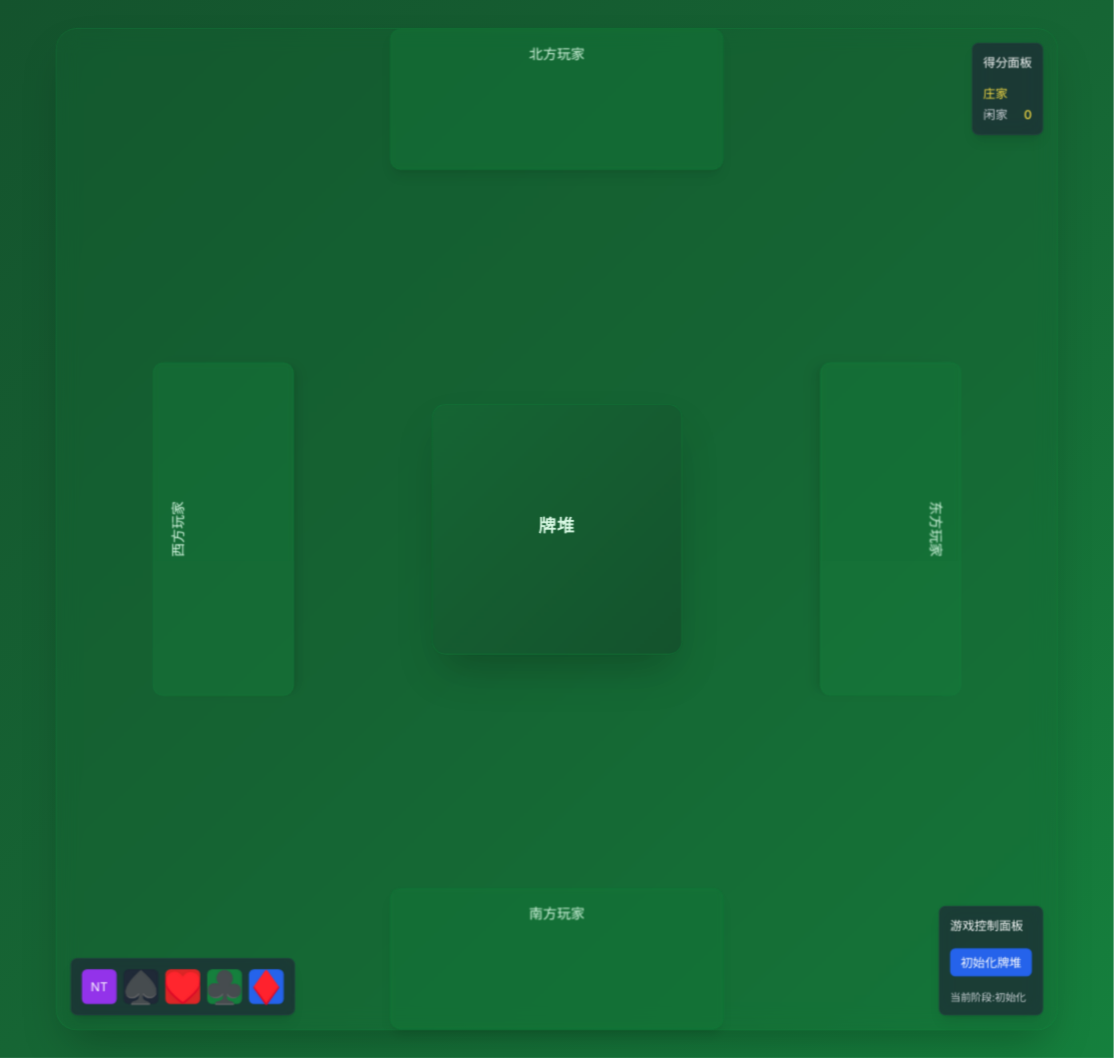
Repository: laofansay/Tractor80
Page: /
The author's editor kept a copy of each file at every save. The page is drawn from the files as they stood at one save, then again after the next save.
The browser window is 1280 px wide. The pictures show the whole page, at 87% of full size.
The project was rebuilt for these pictures with package versions that can differ from the ones it lists, and the page was loaded fresh each time. The framework's server and built-in components were replaced by stand-ins that run in the browser. Also part of the build but not shown: next.config.js, app/components/Card.tsx.

Above is the page before, as saved 2025-03-09 00:27:42.

After the next save:
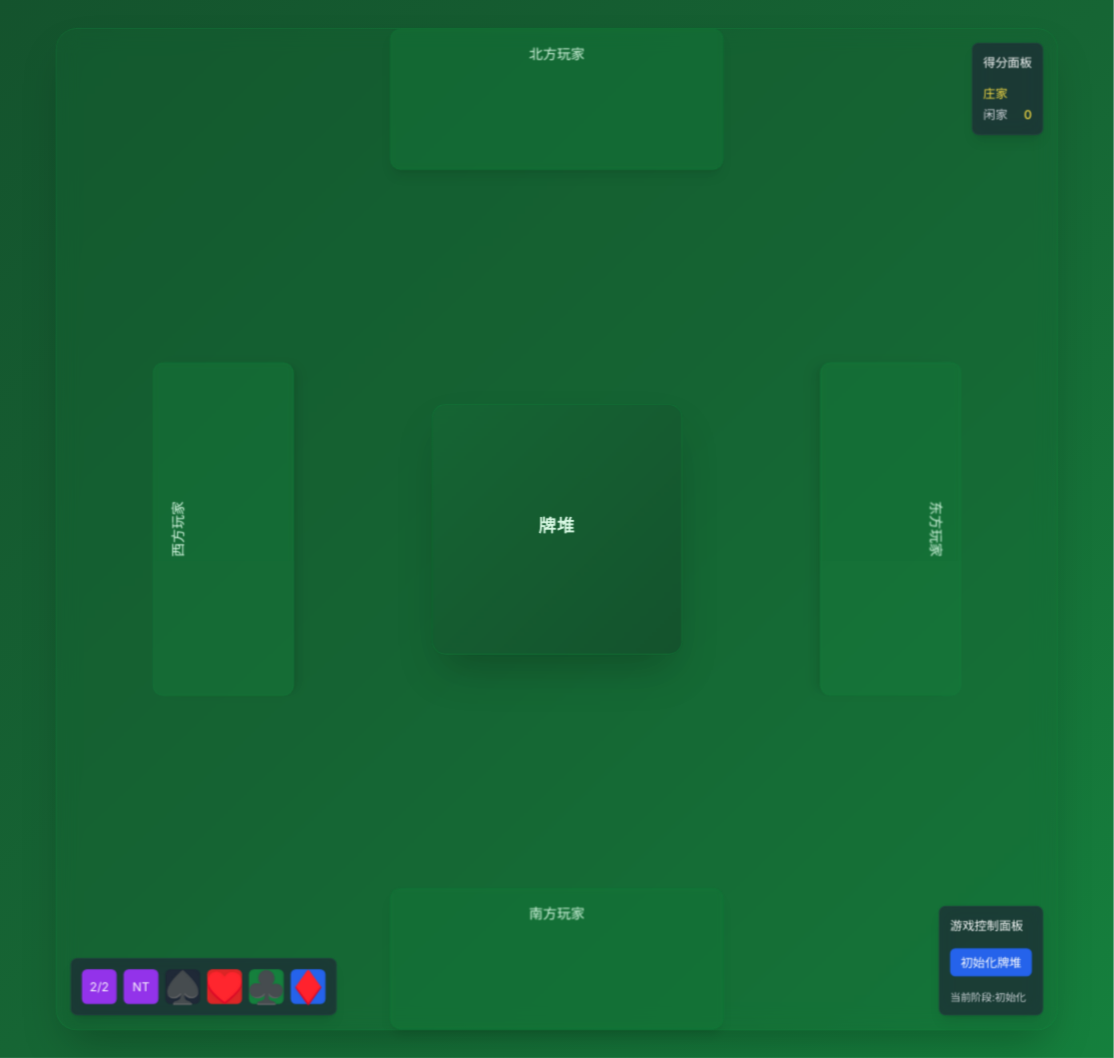
Saved 116 s later.
--- a/app/components/TrumpSelectionPanel.tsx
+++ b/app/components/TrumpSelectionPanel.tsx
@@ -16,6 +16,14 @@
   return (
     <div className="absolute bottom-4 left-4 p-3 bg-gray-800/70 rounded-lg backdrop-blur-md border border-gray-700/50 shadow-lg">
       <div className="flex flex-row gap-2">
+
+        <button
+          onClick={() => onSelectTrump(null)}
+          className="w-10 h-10 bg-purple-600 hover:bg-purple-500 text-white rounded-md transition-colors text-sm flex items-center justify-center"
+          title="无主"
+        >
+          2/2
+        </button>
         <button
           onClick={() => onSelectTrump(null)}
           className="w-10 h-10 bg-purple-600 hover:bg-purple-500 text-white rounded-md transition-colors text-sm flex items-center justify-center"
